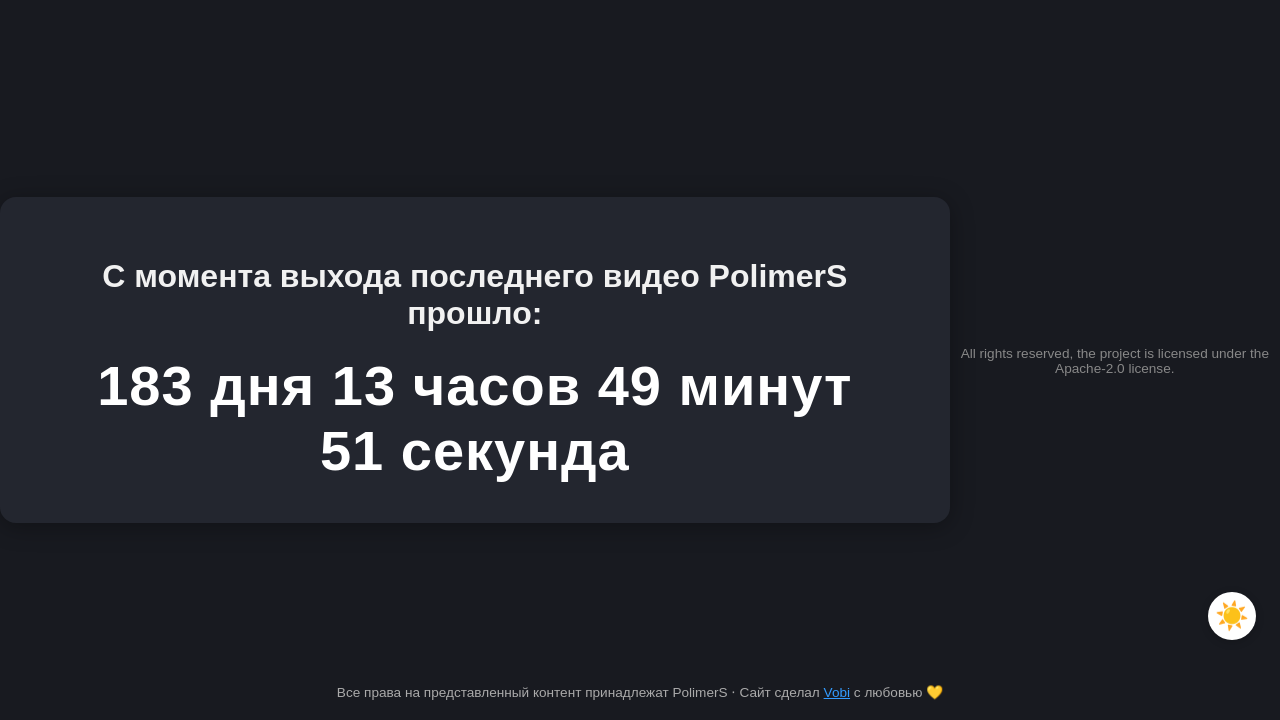
Repository: oncube-dev/OnCube-dev_website
Page: files_for_hosting/clear_html.version/index.html
An editor plug-in stored every save of this project. The page is shown before and after the next save, followed by the edit.
The browser window is 1280 px wide. The pictures show the whole page.

Above is the page before, as saved 2025-07-18 12:08:16.

After the next save:
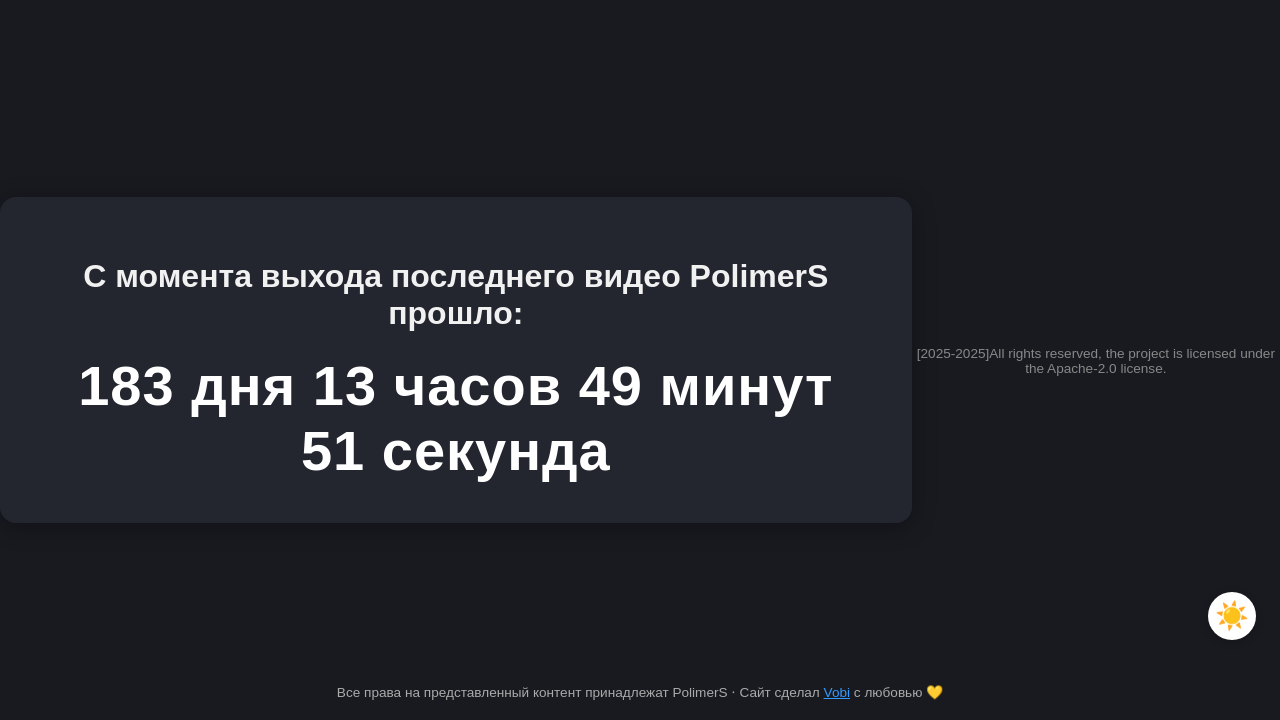
Saved 33 s later.
--- a/files_for_hosting/clear_html.version/index.html
+++ b/files_for_hosting/clear_html.version/index.html
@@ -18,7 +18,7 @@
         Все права на представленный контент принадлежат PolimerS ⋅ Сайт сделал <a href="https://vobi.bio.link/" target="_blank" style="text-decoration:underline;">Vobi</a> с любовью 💛
     </footer>
     <div style="text-align:center; font-size:0.85em; color:#888; margin-top:2px;">
-        All rights reserved, the project is licensed under the Apache-2.0 license.
+        [2025-2025]All rights reserved, the project is licensed under the Apache-2.0 license.
     </div>
     <script>
         const startDate = new Date('2025-01-15T11:00:00');
